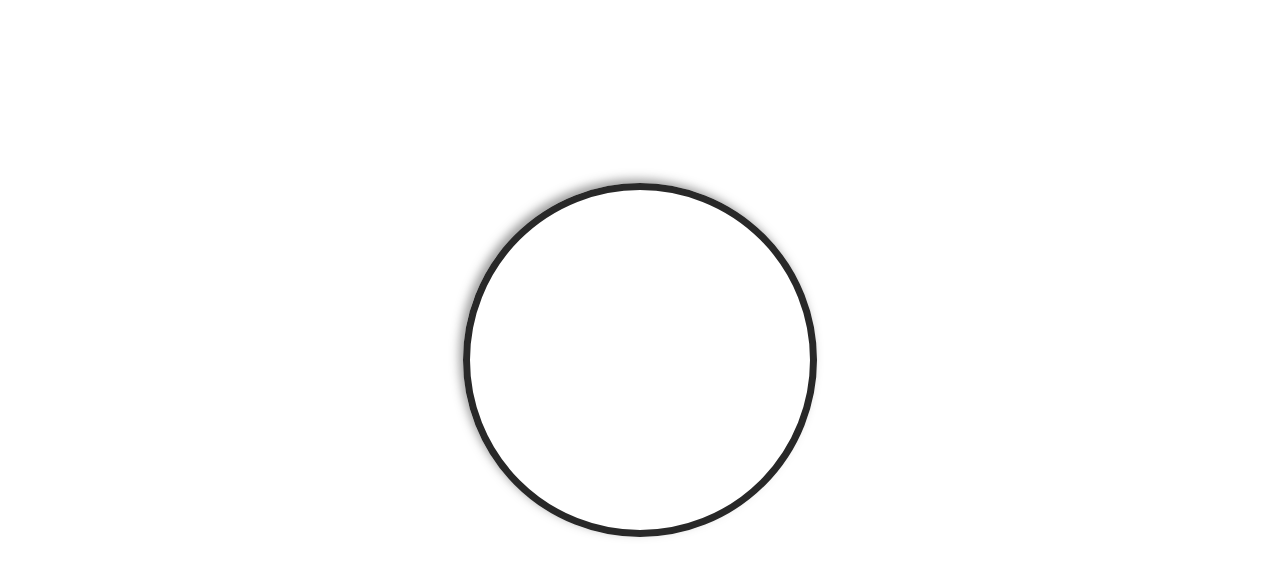
Repository: sunlianglife/code-analysis
Page: css动画/简易时钟/index.html
These files come from the project's save history. The page is drawn as it stood at one moment and after the next save; the edit follows.
The browser window is 1280 px wide. The pictures show the whole page.

Above is the page before, as saved 2021-08-19 15:43:19.

### css动画/简易时钟/index.html
<!DOCTYPE html>
<html lang="en">
<link>
<meta charset="UTF-8">
<meta http-equiv="X-UA-Compatible" content="IE=edge">
<meta name="viewport" content="width=device-width, initial-scale=1.0">
<title>Document</title>
<link rel="stylesheet" type="text/css" href="./index.css">
</head>

<body>
  <div class="clock">

  </div>

</body>

</html>

### css动画/简易时钟/index.css
html {
  /* background: #282828; */
  text-align: center;
  font-size: 10px;
}

body {
  margin: 0;
  font-size: 2rem;
  display: flex;
  flex: 1;
  min-height: 100vh;
  align-items: center;
}

.clock {
  width: 30rem;
  height: 30rem;
  border: 7px solid #282828;
  box-shadow: -4px -4px 10px rgba(67, 67, 67, 0.5);
    /* inset 4px 4px 10px rgba(0, 0, 0, 0.5); */
    /* inset -4px -4px 10px rgba(67, 67, 67, 0.5),
    4px 4px 10px rgba(0, 0, 0, 0.3); */
  border-radius: 50%;
  margin: 50px auto;
  position: relative;
  padding: 2rem;

}

After the next save:
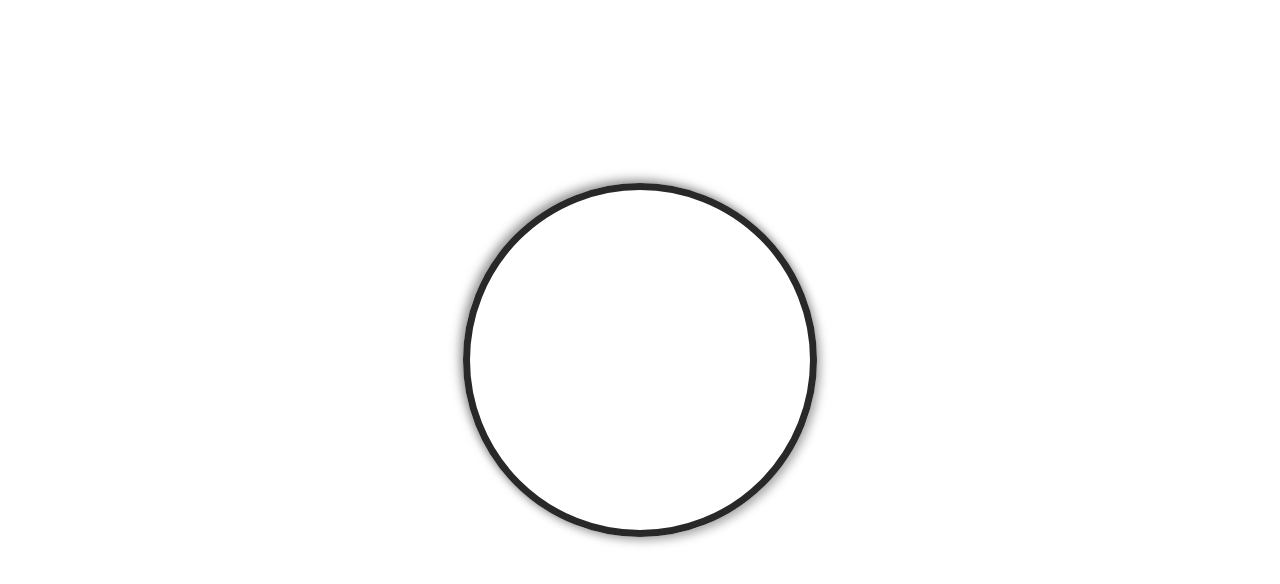
Saved 91 s later.
--- a/css动画/简易时钟/index.css
+++ b/css动画/简易时钟/index.css
@@ -17,10 +17,11 @@ body {
   width: 30rem;
   height: 30rem;
   border: 7px solid #282828;
-  box-shadow: -4px -4px 10px rgba(67, 67, 67, 0.5);
+  box-shadow: -4px -4px 10px rgba(67, 67, 67, 0.5),
+    4px 4px 10px rgba(0, 0, 0, 0.3);
     /* inset 4px 4px 10px rgba(0, 0, 0, 0.5); */
     /* inset -4px -4px 10px rgba(67, 67, 67, 0.5),
-    4px 4px 10px rgba(0, 0, 0, 0.3); */
+     */
   border-radius: 50%;
   margin: 50px auto;
   position: relative;
